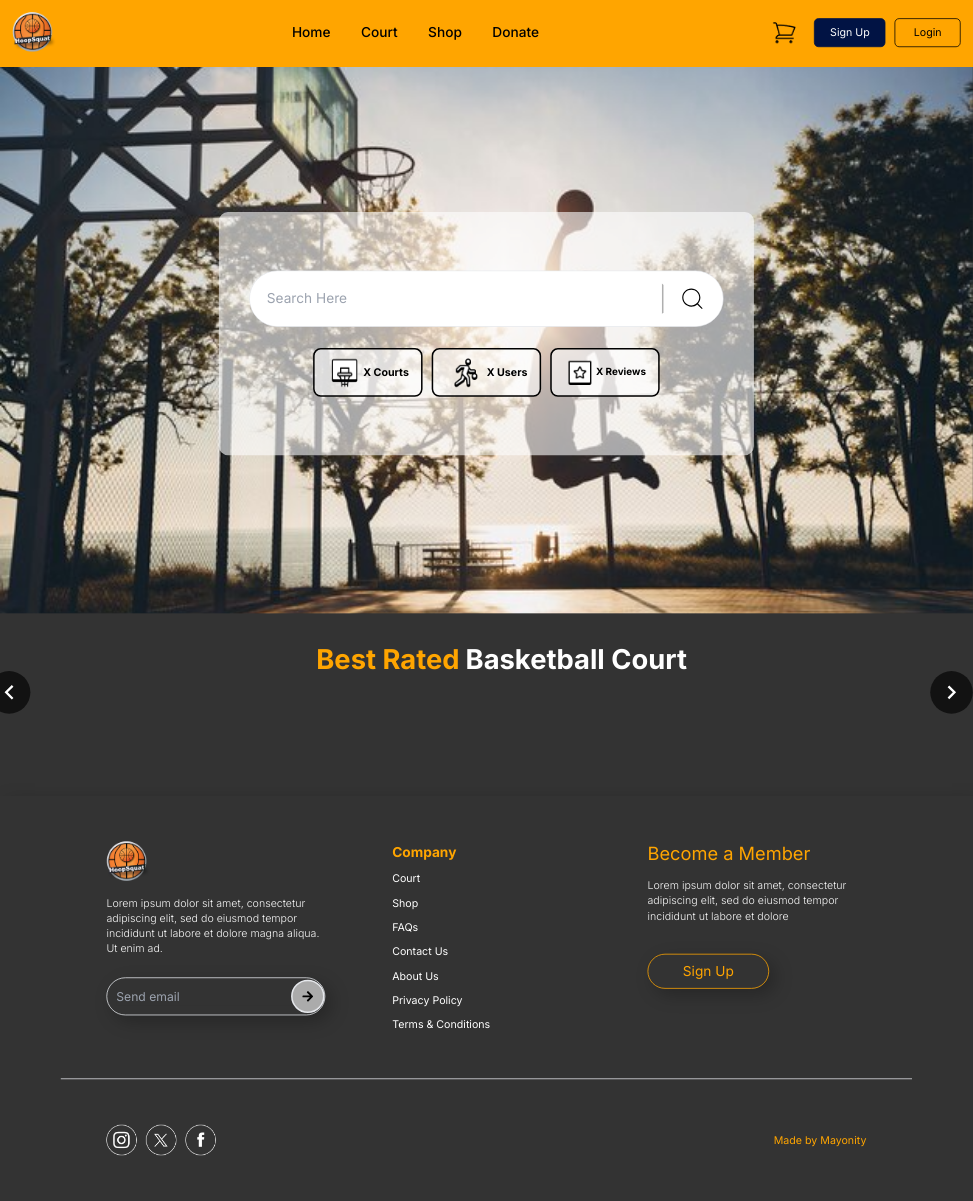
Repository: Abdul-Hannan232/basket-ball-website
Page: /
The author's editor kept a copy of each file at every save. The page is drawn from the files as they stood at one save, then again after the next save.
The browser window is 1280 px wide. The pictures show the whole page, at 76% of full size.
The page's requests for data from a server got no answer. The project was rebuilt for these pictures with package versions that can differ from the ones it lists, and the page was loaded fresh each time. The framework's server and built-in components were replaced by stand-ins that run in the browser. No one was signed in, and anything a server would have sent is missing. Also part of the build but not shown: next.config.mjs, app/utils/rating.js.

Above is the page before, as saved 2024-09-15 21:24:49.

### app/layout.tsx
import type { Metadata } from "next";
import { Inter } from "next/font/google";
import "./globals.css";
import Authprovider from "./component/Authprovider/Authprovider";

const inter = Inter({ subsets: ["latin"] });

export const metadata: Metadata = {
  title: "Basket Ball",
  description: "Generated by create next app",
};

export default function RootLayout({
  children,
}: Readonly<{
  children: React.ReactNode;
}>) {
  return (
    <html lang="en">
      <head>
        <link rel="icon" href="/favicon.png" />
        <title>Basket Ball</title>
      </head>
      <body className={inter.className}>
        <Authprovider>
          {children}
        </Authprovider>
      </body>
    </html>
  );
}

### app/page.tsx
import HomePage from "./component/HomeComponent"
export default function Home() {
  return (
    <>
      <HomePage />
    </>
  );
}

### app/globals.css
@import url('https://fonts.googleapis.com/css2?family=Poppins:wght@100;200;400&display=swap');
@import url('https://fonts.googleapis.com/css2?family=Poppins:ital,wght@0,100;0,200;0,300;0,400;0,500;0,600;0,700;0,800;0,900;1,100;1,200;1,300;1,400;1,500;1,600;1,700;1,800;1,900&display=swap');
@tailwind base;
@tailwind components;
@tailwind utilities;
/* Styling for the pagination container */
.custom-paginator .p-paginator {
  @apply  rounded-lg p-4 mt-2 flex flex-row gap-10 fixed  right-0;
}
.poppins-bold {
  font-family: "Poppins", sans-serif;
  font-weight: 700;
  font-style: normal;
}
.hover-design{
  background: linear-gradient(90deg, #FFA500 0%, rgba(255, 165, 0, 0.09) 85.85%);

}
/* Styling for individual page numbers */
.custom-paginator .p-paginator .p-paginator-page {
  @apply bg-white text-black rounded-md w-10 h-10 inline items-center text-center justify-center mx-1;
}

/* Highlighted page number styling */
.custom-paginator .p-paginator .p-paginator-page.p-highlight {
  @apply bg-[#FFA500] text-white inline text-center flex-row;
}

/* Styling for previous and next buttons */
.custom-paginator .p-paginator .p-paginator-prev,
.custom-paginator .p-paginator .p-paginator-next {
  @apply bg-[#CACACA] p-1 text-black flex flex-row rounded-md;
}

body {
  background-color: rgba(51, 51, 51, 1);
  color: white;
  font-family: 'Poppins', sans-serif;
}

.shadow {
  box-shadow: 8px 8px 24px 0px #00000040;

}
.banner {
  background-image: url('/banner.png');
  background-position: center;
  background-size: cover;
  width: 100%;
  background-repeat: no-repeat;
}
.backColor{
  background: linear-gradient(90.35deg, #FFA500 0.24%, #FF7D05 99.7%);

}
.mobilebanner {
  background-image: url('/mobildbanner.png');
  background-position: center;
  background-size: cover;
  background-repeat: no-repeat;
}
@media only screen and (max-width:320px) {
  .slick-slide {
    margin-left:5px; /* Adjust the value as needed */
  }
}
.slick-slide {
  margin-left:5px; /* Adjust the value as needed */
}
.bounceball {
  position: relative;
  display: inline-block;
  height: 20px;
  width: 15px;
  /* Adjust the width as needed */
}

.bounceball:before {
  position: absolute;
  content: '';
  display: block;
  top: 0;
  width: 25px;
  /* Adjust the width as needed */
  height: 20px;
  border-radius: 50%;
  background-color: #FFA500;
  transform-origin: 50%;
  animation: bounce 500ms alternate infinite ease;
}

@layer
{
  .wrap {
    @apply absolute top-1/2 left-1/2 transform -translate-x-1/2 -translate-y-1/2;
  }
}
@keyframes bounce {
  0% {
    top: 70px;
    height: 5px;
    border-radius: 60px 60px 20px 20px;
    transform: scaleX(2);
  }

  35% {
    height: 15px;
    border-radius: 50%;
    transform: scaleX(1);
  }

  100% {
    top: 0;
  }
}


.animate-bounce {
  animation: bounce 500ms alternate infinite ease;
}

/* Api loading */
.loader {
  width: 48px;
  height: 48px;
  display: inline-block;
  position: relative;
}
.loader::after,
.loader::before {
  content: '';
  box-sizing: border-box;
  width: 48px;
  height: 48px;
  border-radius: 50%;
  border: 2px solid #FFA500;
  position: absolute;
  left: 0;
  top: 0;
  animation: animloader 2s linear infinite;
}
.loader::after {
  animation-delay: 1s;
}

@keyframes animloader {
  0% {
    transform: scale(0);
    opacity: 1;
  }
  100% {
    transform: scale(1);
    opacity: 0;
  }
}

### app/component/Authprovider/Authprovider.js
"use client"
import React from "react";
import { SessionProvider } from "next-auth/react";
const Authprovider = ({children}) => {
    return (
        <SessionProvider>
             {children}
        </SessionProvider>
    )
}
export default Authprovider

### app/component/HomeComponent.js
import React from 'react'
import Navbar from './NavBarComponent'
import Image from 'next/image'
import { CiSearch } from "react-icons/ci"
import Footer from "./FooterComponent"
import BasketBall from "./CourtsSlider"
const HomeComponent = () => {
  return (
    <div>
      <Navbar/>
      <div className=' md:banner mobilebanner   md:h-[100vh] h-[250px]'  >
        <div className='relative  flex flex-col md:justify-center md:mt-0 pt-14 items-center md:h-[90vh] '>
          <div className='bg-white absolute lg:w-[55%] w-[90%] mx-auto md:h-80 h-36 flex flex-col justify-center it-center  bg-opacity-60 rounded-xl  right-0 left-0'>
            <div className='relative lg:mx-10 mx-5 border bg-white text-black flex items-center   rounded-full'>
              <input type='text' placeholder='Search Here' className='text-black md:text-lg text-xs border-transparent outline-none hover:border-[#FFA500] border-2 md:p-5 p-3 w-full rounded-full ' />
              <CiSearch className="absolute text-black md:w-20 w-8 px-1 my-2 md:h-10 h-6 right-0 text-4xl border-2 border-[#AFAFAF] border-t-transparent border-r-transparent border-b-transparent  md:top- " />
            </div>
            <div className='flex justify-center gap-3 mt-7 '>
              <div className='bg-white text-center text-black bg-opacity-60 border-[#000000] border-2 flex justify-center items-center md:rounded-[10px] rounded-[7px] md:p-4 p-2 md:w-36 w-22  md:h-16 h-10'>

                <Image src="/Basketball Net.png" alt="basket" width={100} height={50} className='md:w-10 mx-auto mt-1 md:h-12 w-6 h-8 ' />
                <p className='md:text-sm text-[8px]  font-bold'>X Courts</p>
              </div>
              <div className='bg-white text-center text-black bg-opacity-60 border-[#000000] border-2 flex justify-center items-center md:rounded-[10px] rounded-[7px] md:p-4 p-2 md:w-36 w-22  md:h-16 h-10'>

                <Image src="/Basketball Player.png" alt="basket" width={100} height={50} className='md:w-10 mx-auto  md:h-10 w-6 h-6 ' />
                <p className='md:text-sm text-[8px]  font-bold'>X Users</p>
              </div>
              <div className='bg-white text-center text-black bg-opacity-60 border-[#000000] border-2 flex justify-center items-center md:rounded-[10px] rounded-[7px] md:p-4 p-2 md:w-36 w-22  md:h-16 h-10'>

                <Image src="/Rating.png" alt="basket" width={100} height={50} className='md:w-10 mx-auto  md:h-10 w-6 h-6 ' />
                <p className='md:text-[13px] text-[8px]  font-bold'>X Reviews</p>
              </div>

            </div>
          </div>
        </div>
      </div>
      <BasketBall slide={"carousel"} />
      <Footer/>
    </div>
  )
}

export default HomeComponent

### app/component/CourtsSlider.js
"use client"
import React, { useRef, useState, useEffect } from 'react';
import Slider from 'react-slick';
import { RiArrowLeftSLine } from 'react-icons/ri';
import { MdOutlineKeyboardArrowRight } from "react-icons/md"
import 'slick-carousel/slick/slick.css';
import 'slick-carousel/slick/slick-theme.css';
import Image from 'next/image';
import Link from 'next/link';
import renderStars from "../utils/rating"
import { allCourts as fetchAllCourts } from "../services/courtsServices"; // Rename the imported function
const settings = {
    infinite: true,
    speed: 500,
    slidesToShow: 3.5,
    slidesToScroll: 1,
    responsive: [
        {
            breakpoint: 1267, // Adjust the breakpoint as needed
            settings: {
                slidesToShow: 2.5,
                slidesToScroll: 2,
            },
        },
        {
            breakpoint: 959, // Adjust the breakpoint as needed
            settings: {
                slidesToShow: 2,
                slidesToScroll: 2,
            },
        },

        {
            breakpoint: 320, // Adjust the breakpoint as needed
            settings: {
                slidesToShow: 1.1,
                slidesToScroll: 1,
            },
        },
    ],
    prevArrow: <></>, // Hides the previous arrow
    nextArrow: <></>,
};
const CourtsSlider = ({ slide }) => {
    const sliderRef = useRef(null);
    const [spinner, setSpinner] = useState(false)

    const goToPrev = () => {
        sliderRef.current.slickPrev();
    };

    const goToNext = () => {
        sliderRef.current.slickNext();
    };

    const [allCourts, setAllCourts] = useState([]); // Initialize with an empty array

    useEffect(() => {
        setSpinner(true)
        const getCourts = async () => {
            try {
                const response = await fetchAllCourts(); // Use the renamed function
                setAllCourts(response.data.courts); // Store the fetched data in state
            } catch (error) {
                console.error("Failed to fetch courts data:", error);
                // You can also add error handling for the UI here
            } finally {
                setSpinner(false)
            }
        };

        getCourts();
    }, []);
    return (
        <div >
            {slide === 'carousel' ? (
                <div className="  2xl:ml-32 md:ml-10 md:pt-10 pt-10 z-10 2xl:mb-40 md:mb-20" id="Testimonials" style={{ position: 'relative' }}>
                    <div className='2xl:text-6xl md:text-4xl text-xl font-bold md:mb-20 mb-10 flex justify-center items-center gap-2 '>
                        <h1 className='text-[#FFA500]'>Best Rated </h1>
                        <h1>Basketball Court</h1>
                    </div>
                    <div className="flex justify-center">
                        {spinner ? <span className="loader"></span> : null}
                    </div>



                    <Slider ref={sliderRef} {...settings}>

                        {allCourts.map((item, index) => (
                            <div key={index} className=''>
                                <div className='relative shadow cursor-pointer text-black rounded-md 2xl:w-[450px] md:w-[330px] w-[250px] group'>
                                    <div className='absolute inset-0 bg-black opacity-0 z-20 group-hover:opacity-70 transition-opacity'></div>

                                    <div className='bg-[#D9D9D9] relative rounded-md overflow-hidden'>
                                        {/* Image and content */}

                                        <Image src={item.images?.[0]
                                            ? `${process.env.NEXT_PUBLIC_IMAGE_URL}/${item.images[0]}`
                                            : '/basketBALL.png'} alt="image" width={343} height={228} className='rounded-t-xl h-60 2xl:w-[400px]' />

                                        <div className='flex items-center justify-center float-right -mt-5 shadow z-10 absolute right-0 p-3 w-32 gap-2 rounded-l-xl bg-white text-black'>

                                            <Image src={item.type === "indoor" ? "/Roofing.png" : "/Basketball Court.png"}
                                                alt="shelter" width={24} height={24} />
                                            <p>{item.type}</p>
                                        </div>
                                        <div className='m-5'>
                                            {/* <Image src="/star.png" alt="image" width={112} height={20} /> */}
                                            <div className='flex items-center'>
                                                {renderStars(item.ratings)}
                                            </div>
                                            <p className='text-[10px] mt-1 font-bold'>{item.rating.length} reviews</p>
                                            <h1 className='text-xl font-bold mb-5'>{item.name}</h1>
                                            <p className='w-32 text-xs font-medium mt-1'>{item.location}</p>
                                            <button className='bg-[#FFA500] p-2 mb-5 mt-10 text-black font-bold text-sm w-full shadow'>
                                                View Court
                                            </button>
                                        </div>

                                        {/* Overlay with Maintenance Button */}
                                        <div className='flex flex-col items-center h-96 justify-center z-40 absolute inset-0 opacity-0 group-hover:opacity-100 transition-opacity'>
                                            <button className='bg-[#232323] py-2 px-4 rounded-full text-white'>
                                                Maintenance
                                            </button>
                                        </div>
                                    </div>
                                </div>

                            </div>
                        ))}

                    </Slider>
                    <div style={{ position: 'absolute', transform: 'translateY(-50%)', zIndex: '1' }} className='2xl:top-[45%] lg:top-[65%] top-[35%] md:w-[100%] flex justify-between w-[100%] mx-auto'>
                        <div className=' slick- slick-arrow md:-ml-14 '>
                            <div onClick={goToPrev} className='bg-[#000000A6] text-white text-7xl md:p-[10px] flex items-center justify-center cursor-pointer md:w-14 md:h-14 w-10 h-10 text-center font-bold  rounded-full'>
                                <RiArrowLeftSLine />
                            </div>
                        </div>
                        <div className='slick- slick-arrow'>
                            <div className="bg-[#000000A6] text-white text-7xl md:p-[10px] flex items-center justify-center cursor-pointer md:w-14 md:h-14 w-10 h-10 text-center font-bold  rounded-full" onClick={goToNext}>
                                <MdOutlineKeyboardArrowRight />
                            </div>
                        </div>

                    </div>
                </div>
            ) : (
                <>
                    <div className="flex justify-center mt-[30px]">
                        {spinner ? <span className="loader"></span> : null}
                    </div>
                    <div className='grid xl:grid-cols-4 lg:grid-cols-3 md:grid-cols-2 grid-cols-1 gap-20 w-[80%] md:mt-20 mt-5 md:mx-auto mx-5'>

                        {allCourts.map((item, index) => (
                            <div key={index} className='relative  shadow text-black rounded-md 2xl:w-[300px] xl:w-[250px] md:w-[250px] w-[280px] group'>
                                <div className='bg-[#D9D9D9] relative rounded-md overflow-hidden'>
                                    {/* Overlay */}
                                    <div className='absolute inset-0 bg-black opacity-0  group-hover:opacity-70 transition-opacity'></div>

                                    {/* Maintenance Button (Initially Hidden) */}
                                    <div className='flex flex-col items-center h-80 justify-center z-20 absolute inset-0 opacity-0 group-hover:opacity-100 transition-opacity'>
                                        <button className='bg-[#232323] py-2 px-4 rounded-full text-white'>
                                            Maintenance
                                        </button>
                                    </div>

                                    <Image src={item.images?.[0]
                                        ? `${process.env.NEXT_PUBLIC_IMAGE_URL}/${item.images[0]}`
                                        : '/basketBALL.png'} alt="image" width={343} height={228} className='rounded-t-xl 2xl:w-[450px]' />

                                    <div className='flex items-center justify-center float-right -mt-5 shadow  absolute right-0 p-3 w-32 gap-2 rounded-l-xl bg-white text-black'>

                                        <Image src={item.type === "indoor" ? "/Roofing.png" : "/Basketball Court.png"}
                                            alt="shelter" width={24} height={24} />
                                        <p>{item.type}</p>
                                    </div>

                                    <div className='m-5 relative'>
                                        {/* <Image src="/star.png" alt="image" width={60} height={20} />
                         */}
                                        <div className='flex items-center'>
                                            {renderStars(item.ratings)}
                                        </div>
                                        <p className='text-[10px] mt-1 font-bold'>{item.rating.length} reviews</p>
                                        <h1 className='text-lg font-bold mb-2'>{item.name}</h1>
                                        <p className='w-32 text-xs font-medium '>{item.location}</p>
                                        <button className='bg-[#FFA500] p-2 mb-3 mt-3 rounded-md text-black font-bold text-sm w-full shadow'>
                                            View Court
                                        </button>
                                    </div>
                                </div>
                            </div>


                        ))}
                    </div>
                </>
            )}

        </div >
    );
};

export default CourtsSlider;

### app/customHook/useAuthToken.js
import { useSession } from "next-auth/react";
import Cookies from "js-cookie";
import {jwtDecode} from "jwt-decode";

export const useAuthToken = () => {
  const { data: session } = useSession();

  const token = session?.authToken || Cookies.get("authToken");

  let decodedToken = null;
  if (token) {
    try {
      decodedToken = jwtDecode(token);
    } catch (error) {
      console.error("Invalid token:", error.message);
    }
  }

  return { token, decodedToken };
};

### app/services/courtsServices.js
import axios from "axios";
import Cookies from 'js-cookie';
export const allCourts = async (token) =>{
    try {

        const response = await axios.get(
            `${process.env.NEXT_PUBLIC_API_URL}/court/all`,
            {
                headers: {
                    Authorization: `Bearer ${token}`,
                },
            }
        );

        return response;
    }
    catch (error) {
        console.log("all Courts",error.response)
        return error.response || { message: "An error occurred", error };
    }

}

export const addCourt = async (body,token) => {

    try {
         const response = await axios.post(
            `${process.env.NEXT_PUBLIC_API_URL}/court/add`,
            body,
            {
                headers: {
                    Authorization: `Bearer ${token}`,                },
            }
        );

        return response;
    } catch (error) {
        return error.response;
    }
};

Loaded but not shown: tailwind.config.ts (common file); app/component/NavBarComponent.js (132 lines, source omitted); app/component/FooterComponent.js (94 lines, source omitted)

After the next save:
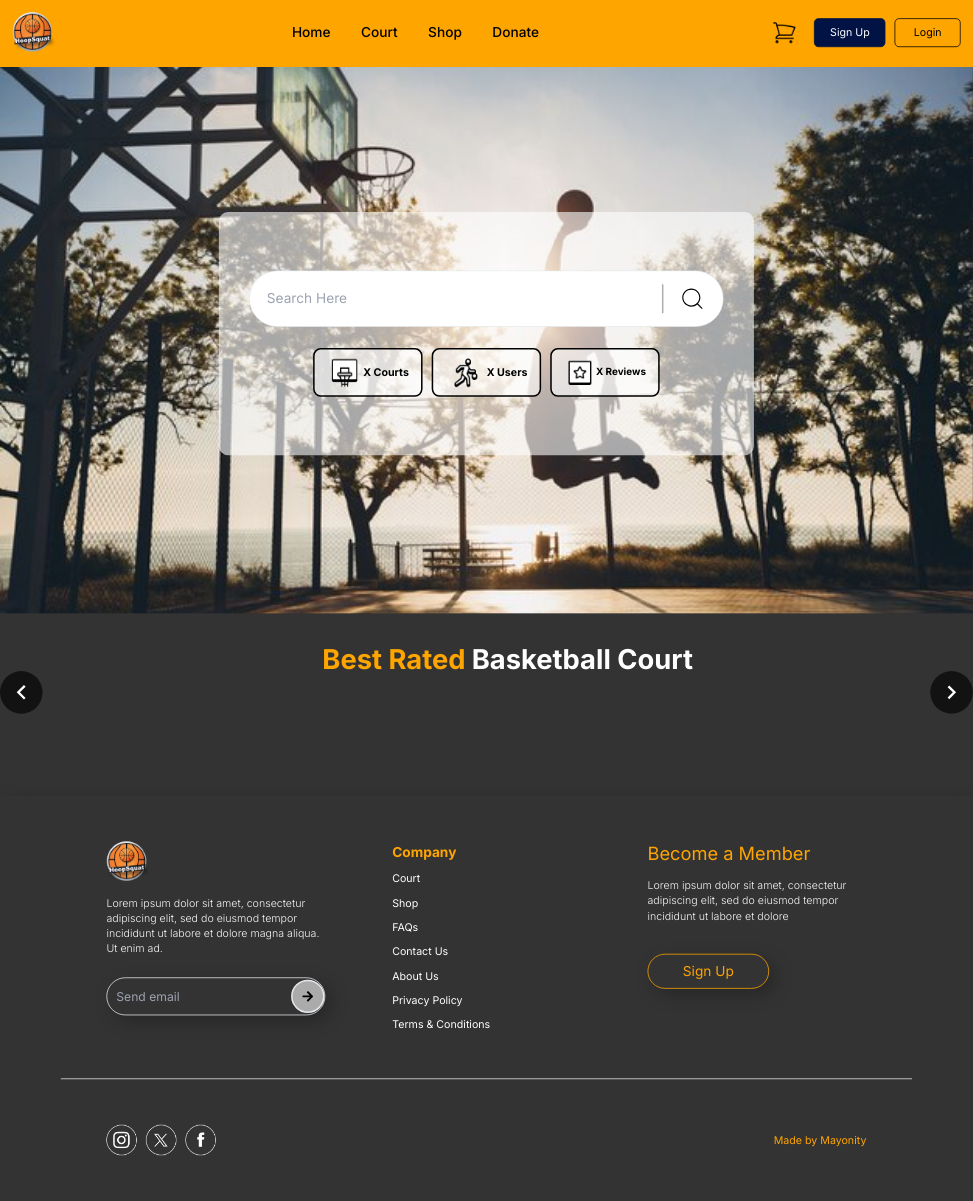
Saved 7 s later.
--- a/app/component/CourtsSlider.js
+++ b/app/component/CourtsSlider.js
@@ -74,7 +74,7 @@ const CourtsSlider = ({ slide }) => {
     return (
         <div >
             {slide === 'carousel' ? (
-                <div className="  2xl:ml-32 md:ml-10 md:pt-10 pt-10 z-10 2xl:mb-40 md:mb-20" id="Testimonials" style={{ position: 'relative' }}>
+                <div className="  2xl:ml-32 md:ml-14 md:pt-10 pt-10 z-10 2xl:mb-40 md:mb-20" id="Testimonials" style={{ position: 'relative' }}>
                     <div className='2xl:text-6xl md:text-4xl text-xl font-bold md:mb-20 mb-10 flex justify-center items-center gap-2 '>
                         <h1 className='text-[#FFA500]'>Best Rated </h1>
                         <h1>Basketball Court</h1>
